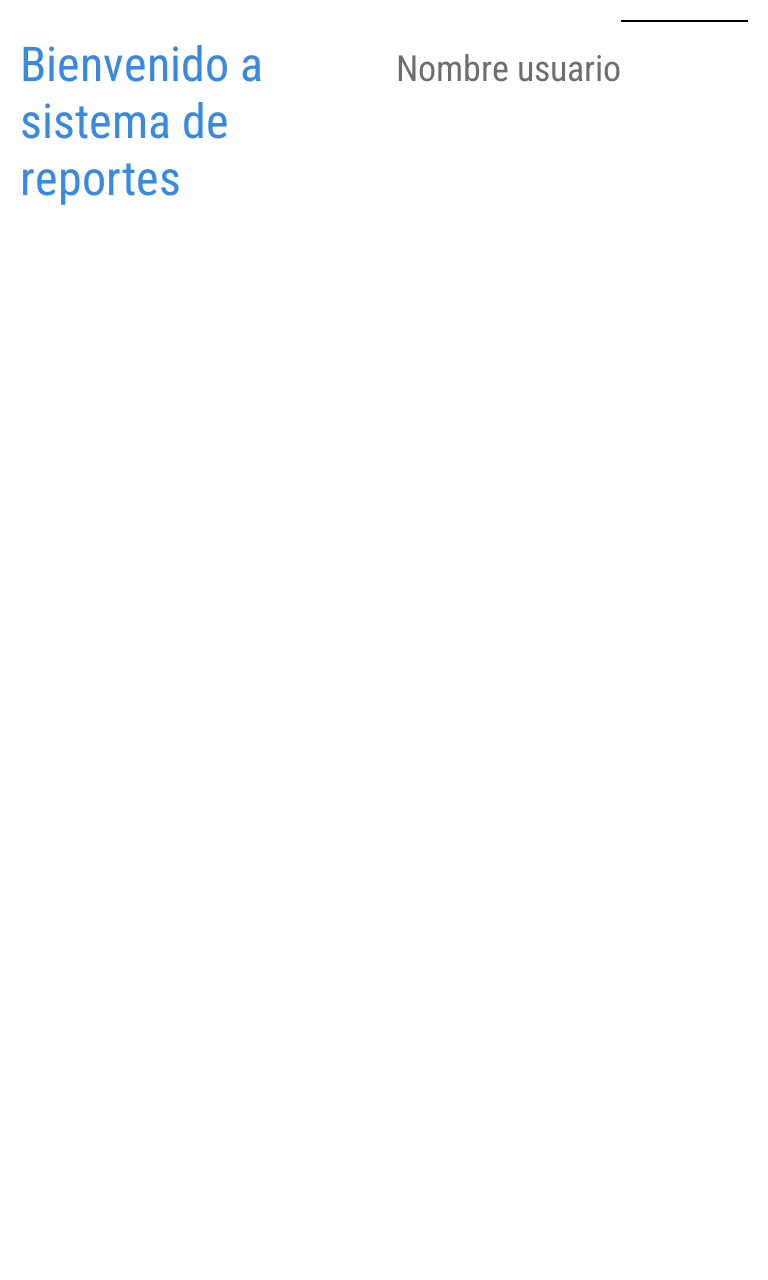
Repository: ramonramirezz/ReportesApp
Layout: Reportes/res/layout/welcome.xml
The author's editor kept a copy of each file at every save. The layout is drawn from the files as they stood at one save, then again after the next save.
It is drawn on a 768 x 1280 px phone screen (xhdpi) without system bars, with theme AppTheme; the app's code is not run. The app's manifest (not shown) leaves right-to-left support off. So textAlignment, textDirection and layoutDirection are ignored, and left and right values win over start and end ones.

Above is the layout before, as saved 2015-11-21 18:54:06.

After the next save:
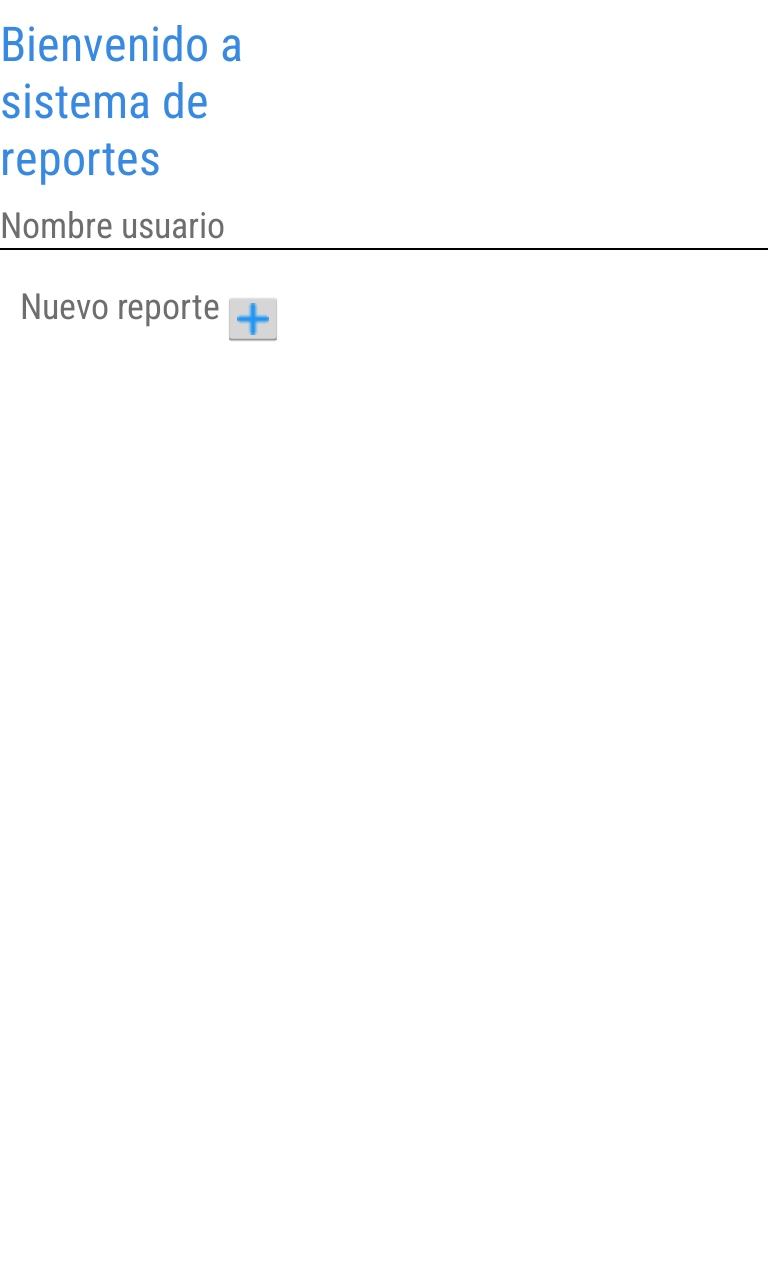
Saved 50 s later.
--- a/Reportes/res/layout/welcome.xml
+++ b/Reportes/res/layout/welcome.xml
@@ -2,18 +2,10 @@
 <LinearLayout xmlns:android="http://schemas.android.com/apk/res/android"
     android:layout_width="match_parent"
     android:layout_height="match_parent"
-    android:orientation="horizontal"
+    android:orientation="vertical"
     android:textAlignment="center" >
 
-
-    <LinearLayout
-        android:layout_width="fill_parent"
-        android:layout_height="wrap_content"
-        android:layout_margin="10dp"
-        android:orientation="horizontal"
-
-        >
-        <TextView
+     <TextView
 	    	android:id="@+id/tvBienvenido"
 	    	android:layout_width="188dp"
 	    	android:layout_height="wrap_content"
@@ -38,6 +30,15 @@
  			android:layout_width="match_parent"
  			android:layout_height="1dp"
  			android:background="@android:color/black" />
+
+    <LinearLayout
+        android:layout_width="fill_parent"
+        android:layout_height="wrap_content"
+        android:layout_margin="10dp"
+        android:orientation="horizontal"
+
+        >
+
         <!-- Create new report -->
 
 		<TextView
